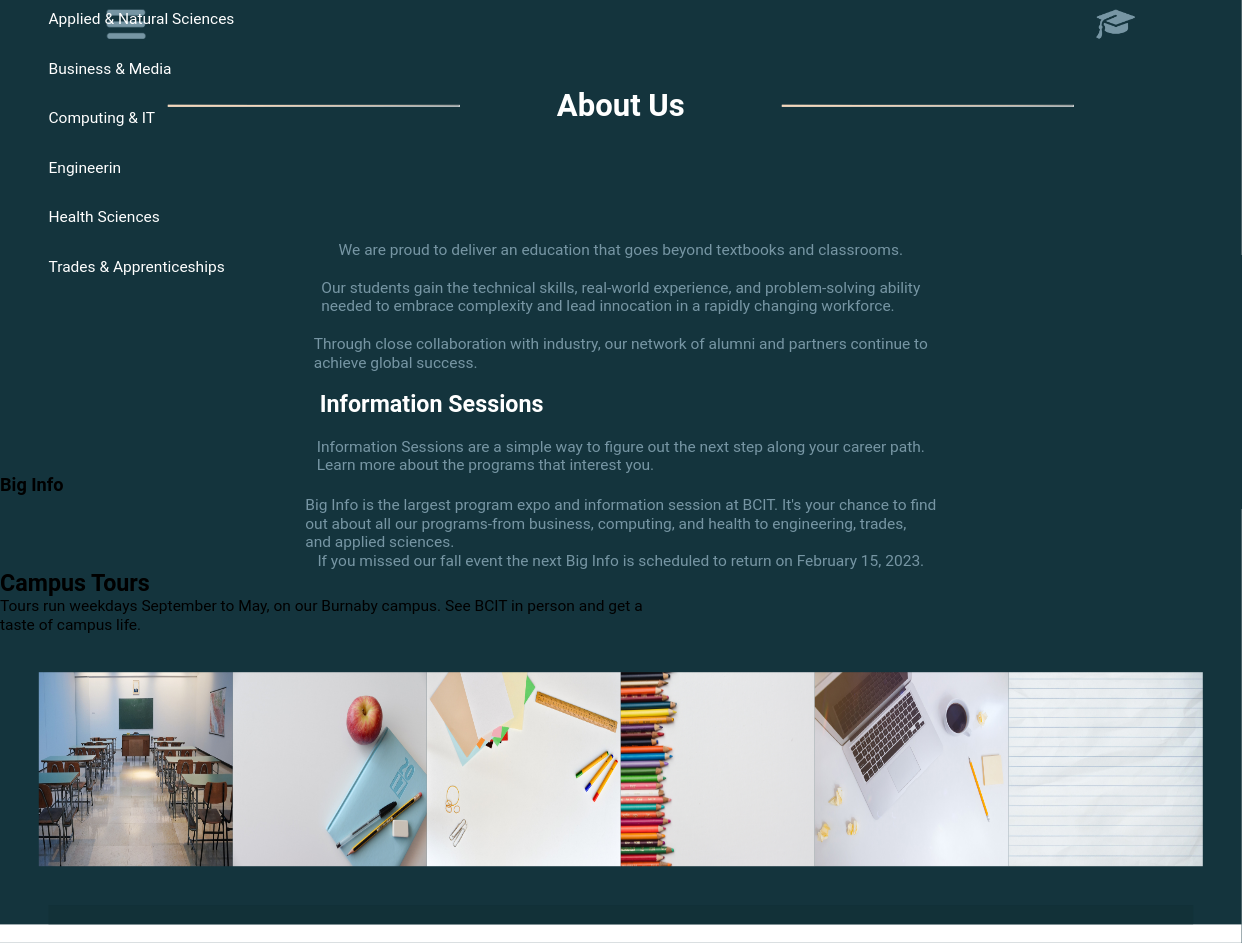
Repository: Sheraliramzan/Aly_A01253508_Assignment1
Page: /about
An editor plug-in stored every save of this project. The page is shown before and after a run of saves, followed by the edit.
The browser window is 1280 px wide. The pictures show the whole page, at 97% of full size.
The project was rebuilt for these pictures with package versions that can differ from the ones it lists, and the page was loaded fresh each time. The framework's server and built-in components were replaced by stand-ins that run in the browser. Also part of the build but not shown: next.config.js.

Above is the page before, as saved 2023-02-05 08:55:04.

### pages/about.js
import Head from 'next/head'
import Image from 'next/image'
import styles from '../styles/Home.module.css'
import dynamic from "next/dynamic";
import Nav from '../comp/nav/nav';


const About = () => {
  return (
    <>
      <Head>
        <title>About Us</title>
        <meta name="author" content="MDIA 2109" />
        <meta property="og:title" content= 'Assignment #1 - About Us Page'/>
        <meta property="og:description" content= "BCIT Digital Design and Development Diploma"/>
        <meta name="viewport" content="width=device-width, initial-scale=1" />
        <link rel="icon" href="/favicon.png" />
      </Head>
      <main className={styles.main}>
        <div className="aboutcont">
          <Nav/>
          <div>
              <div className='headcont1'>
                <hr className='hori'></hr>
                <h1 className='header'>About Us</h1>
                <hr className='hori1'></hr>
              </div>
              <div className='paracont'>
                <p className='para2'> We are proud to deliver an education that goes beyond textbooks
                  and classrooms.</p>
                <p className='para2'> Our students gain the technical skills, real-world experience,
                  and problem-solving ability <br /> needed to embrace complexity
                  and lead innocation in a rapidly changing workforce.</p>
                <p className='para2'>Through close collaboration with industry, our network of alumni
                  and partners continue to <br /> achieve global success.</p>
              </div>
                <h2 className='header2'> Information Sessions</h2>
                <p className='para3'> Information Sessions are a simple way to figure out the next
                  step along your career path. <br /> Learn more about the
                programs that interest you.</p>
                <h3 className='header3'>Big Info</h3>
              <p className='para3'> Big Info is the largest program expo and information session at
                BCIT. It's your chance to find <br /> out about all our
                programs-from business, computing, and health to engineering,
                trades,
                <br /> and applied sciences.
              </p>
              <p className='para3'>If you missed our fall event the next Big Info is scheduled to
                return on February 15, 2023.
              </p>
              <h2>Campus Tours</h2>
              <p>  Tours run weekdays September to May, on our Burnaby campus. See
                BCIT in person and get a <br /> taste of campus life.</p>
          </div>
          <div>
            <div id="carouselImage">
                <Image src={"/0.jpg"} width={200} height={200}></Image>
                <Image src={"/1.jpg"} width={200} height={200}></Image>
                <Image src={"/2.jpg"} width={200} height={200}></Image>
                <Image src={"/3.jpg"} width={200} height={200}></Image>
                <Image src={"/4.jpg"} width={200} height={200}></Image>
                <Image src={"/5.jpg"} width={200} height={200}></Image>
            </div >
                  <div id="testOnImageHere">
                    <ul >
                      <li>Applied & Natural Sciences</li>
                      <li>Business & Media</li>
                      <li>Computing & IT</li>
                      <li>Engineerin</li>
                      <li>Health Sciences</li>
                      <li>Trades & Apprenticeships</li>
                    </ul>
                  </div>
          </div>
        </div>
        <a>
            <span>
                <img></img>
                <img></img>
            </span>
        </a>
      </main>
    </>
  )
}
export default dynamic (() => Promise.resolve(About), {ssr: false})

### styles/globals.css


* {
  box-sizing: border-box;
  padding: 0;
  margin: 0;
}

html,
body {
  margin: 0;
  padding: 0;
  font-family: "Roboto", sans-serif;
  scrollbar-width: none;

}
.menuimg{
  margin-left: 100px;
}
.gardimg{
  margin-right: 100px;
}
.navcont {
  display: flex;
  align-items: center;
  justify-content: space-between;
  padding: 10px;
}
.menucont{
  position: absolute;
  top: 0rem;
  left: 4rem;
}
a{
  color: var(--primary-color);
  text-decoration: none;
}

ul {
  display: flex;
  flex-direction: column;
  position: absolute;
  top: 10px;
  left: 50px;
  gap: 2rem;
  text-decoration: none;
}

ul > li {
  list-style-type: none;
  text-decoration: none;
  color: var(--primary-color);
}
.listcont{
  position: absolute;
  display: flex;
  align-items: flex-start;
  left: 3rem;
  top: 3rem;
}

.btncont {
  display: flex;
}

.close {
  background-color: transparent;
  border: none;
  font-size: larger;
  color: var(--primary-color);
}

.fullcont{
  width: 100vw;
  height: 100vh;
  background-image: url("/background-images/backgroundMountain.jpg");
  background-size: cover;
}
.but1{
  margin: 2px;
  padding: 5px 15px;
  background: none;
  border: 1px solid var(--primary-color);
  border-radius: 5px;
  color:var(--primary-color) ;
}
.butcont{
 margin-left: 250px;
}

.but1:hover{
  background-color: var( --primary-color);
  color: var(--quinary-color);
}
.downarrow{
  position: relative;
  left: 650px;
  top:50px;
}
.headcont{
  display: flex;
  flex-direction: column;
  width: 25%;
  margin-top: 320px;
  margin-left: 250px;
}
.headhome{
  color: var(--primary-color);
  font-size: 25px;
  margin-bottom: 10px;
}
.horidiv{
  width: 60%;
  border: 1px solid var(--secondary-color);
  margin-bottom: 10px;
}
.para1{
  color: var(--primary-color);
  font-size:12px;
  width: 100%;
  opacity: 0.8;
}
.aboutcont{
  width: 100%;
  background-color: var( --quaternary-color);
  justify-content: center;
}
.hori{
  border-left: 300px solid var(--secondary-color);
  width: 100px;
  height: 1px;
  margin-right: 100px;
}
.hori1{
  border-left: 300px solid var(--secondary-color);
  width: 100px;
  height: 1px;
  margin-left: 100px;
}
.headcont1{
  text-align: center;
  margin-top: 40px;
  display: flex;
  justify-content: center;
  align-items: center;
}
.header{
  color: var(--primary-color);
}
.paracont{
  display: flex;
  flex-direction: column;
  color: var(--ternary-color);
  justify-content: center;
  align-items: center;
  margin-top: 100px;

}
.para2{
  margin-top: 20px;
}
.header2{
  display: flex;
  flex-direction: column;
  align-items: center;
  margin-right: 390px;
  margin-top: 20px;
  margin-bottom: 20px;
  color: var(--primary-color);
}
.para3{
  color: var(--ternary-color);
  display: flex;
  align-items: center;
  justify-content: center;
}
#carouselImage{
  height: 200px;
  background-repeat: no-repeat;
  background-size: cover;
  display: flex;
  justify-content: center;
  align-items: center;
  margin: 40px 0px;
}
#testOnImageHere{
  background-color: rgba(16, 46, 53, 0.5);
  padding: 10px;
  margin: 0px 50px;
}

### styles/variables.css
:root{
    --primary-color:#fff;
    --secondary-color:#f4d6b9;
    --ternary-color: #7796a4;
    --quaternary-color:#14343d;
    --quinary-color:rgba(16,46,53,0.5);
}

### styles/Home.module.css
.main {
  display: flex;
  flex-direction: column;
  justify-content: space-between;
  align-items: center;
}

### comp/nav/nav.js
import Head from 'next/head'
import Image from 'next/image'
import { useState } from 'react'
import { useRouter } from 'next/router'
import Link from 'next/link'

export default function Nav(){
    const [isMenuOpen, setIsMenuOpen] = useState(false);
  const handleClick = () => {
    setIsMenuOpen(!isMenuOpen);
  };
  const router = useRouter();
    return (
    <>
        <div className="navcont">
              <Image alt='menu' className='menuimg'
                src={"/icons/menu-icon.png"}
                width={40}
                height={30}
                onClick={handleClick}
              />
              <Image alt='grad' className='gardimg' src={"/icons/graduation-hat.png"} width={40} height={30} />
          </div>
          {isMenuOpen && (
            <div className="menucont">
              <div className="listcont">
                <div className="btncont">
                  <button className="close" onClick={handleClick}>
                    X
                  </button>
                </div>
                <div>
                  <ul>
                    <li>
                      <a href="#">Home</a>
                    </li>
                    <li>
                      <a href="/about">About</a>
                    </li>
                    <li>
                      <a href="/contact">Contact</a>
                    </li>
                  </ul>
                </div>
              </div>
              <Image alt='bar'
                src={"/background-images/menuBackground.png"}
                width={240}
                height={240}
              />
            </div>
          )}
    </>
    )
}

Loaded but not shown: pages/_app.js (common file); pages/_document.js (common file); pages/api/hello.js (common file)

After the next 3 saves:
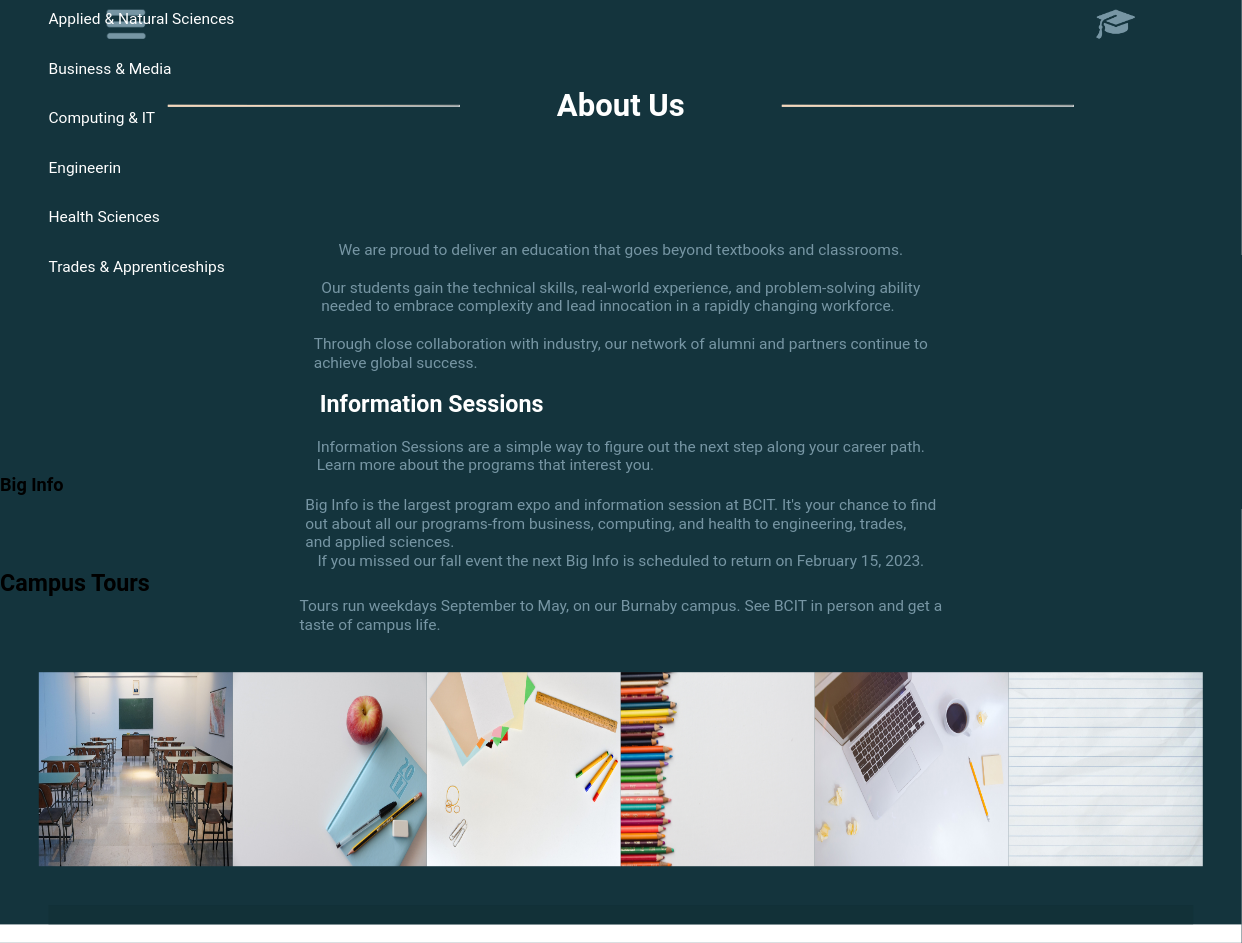
The 3 saves are shown as one change because they came seconds apart.
The last was saved 8 s later.
--- a/pages/about.js
+++ b/pages/about.js
@@ -49,7 +49,7 @@ const About = () => {
                 return on February 15, 2023.
               </p>
               <h2>Campus Tours</h2>
-              <p>  Tours run weekdays September to May, on our Burnaby campus. See
+              <p className='para3'>  Tours run weekdays September to May, on our Burnaby campus. See
                 BCIT in person and get a <br /> taste of campus life.</p>
           </div>
           <div>
